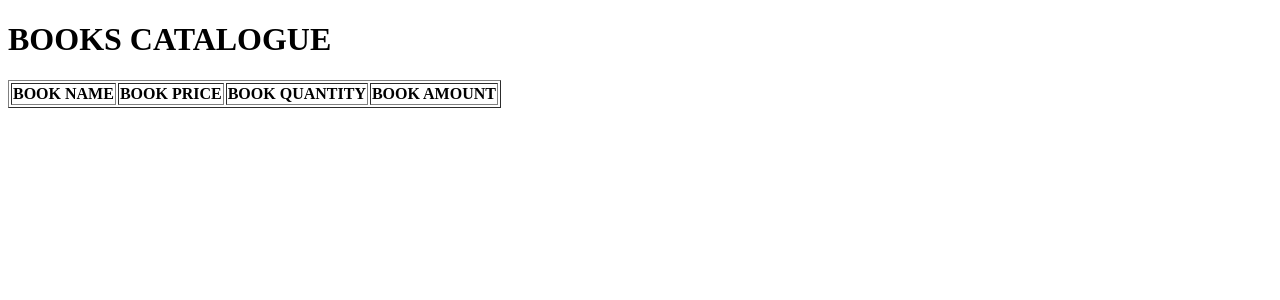
Repository: nikhilbad7/jsp-practicals
Page: http://localhost/classwork/exp12showbooks.jsp
The author's editor kept a copy of each file at every save. The page is drawn from the files as they stood at one save, then again after the next save.
The browser window is 1280 px wide. The pictures show the whole page.
The page is served by Tomcat 9. Queries for data that is not in the repository find no rows.

Above is the page before, as saved 2018-04-11 09:04:11.

### classwork/WebContent/exp12showbooks.jsp
<!DOCTYPE HTML PUBLIC "-//W3C//DTD HTML 4.01 Transitional//EN"
"http://www.w3.org/TR/html4/loose.dtd">
<%@ page import="java.sql.*" %>
<%@ page import="java.io.*" %>
<html>
<head>
<title>SHOW BOOKS</title>
</head>
<body>
<h1>BOOKS CATALOGUE </h1>
<%
try {
/* Create string of connection url within specified format with machine name,
port number and database name. Here machine name id localhost and database name
is usermaster. */
//String connectionURL = "jdbc:mysql://localhost:3306/usermaster";
// declare a connection by using Connection interface
//Connection connection = null;
// Load JBBC driver "com.mysql.jdbc.Driver".
Class.forName("com.mysql.jdbc.Driver");
/* Create a connection by using getConnection() method that takes parameters of
string type connection url, user name and password to connect to database. */
Connection con=(Connection) DriverManager.getConnection("jdbc:mysql://localhost:3306/books_catalogue","root","");
// check weather connection is established or not by isClosed() method
Statement stmt=(Statement) con.createStatement();
String q = "select * from bookdetails";
ResultSet rs=(ResultSet) stmt.executeQuery(q);
stmt = (Statement) con.createStatement();
rs= (ResultSet) stmt.executeQuery(q);
%>
<table border=1>
<tr>
	<th>BOOK NAME</th>
	<th>BOOK PRICE</th>
	<th>BOOK QUANTITY</th>
	<th>BOOK AMOUNT</th>
</tr> <%
while(rs.next()){
	String bname = rs.getString("bookname");
	int bprice = Integer.parseInt(rs.getString("bookprice"));
	int bquant = Integer.parseInt(rs.getString("bookquantity"));
	int bamount = Integer.parseInt(rs.getString("bookamount"));
	out.print("<tr><td>"+bname+"</td><td>"+bprice+"</td><td>"+bquant+"</td><td>"+bamount+"</td></tr>");

}
%>
</table>
<%
con.close();
}
catch(Exception ex){
ex.printStackTrace();
}
%>

</body>
</html>

After the next save:
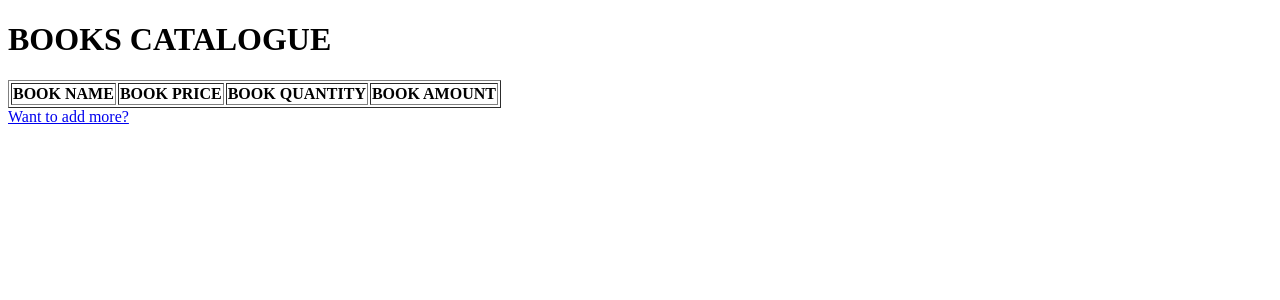
Saved 2 min 1 s later.
--- a/classwork/WebContent/exp12showbooks.jsp
+++ b/classwork/WebContent/exp12showbooks.jsp
@@ -45,6 +45,7 @@ while(rs.next()){
 }
 %>
 </table>
+<a href="exp12addbooks.html">Want to add more?</a>
 <%
 con.close();
 }
